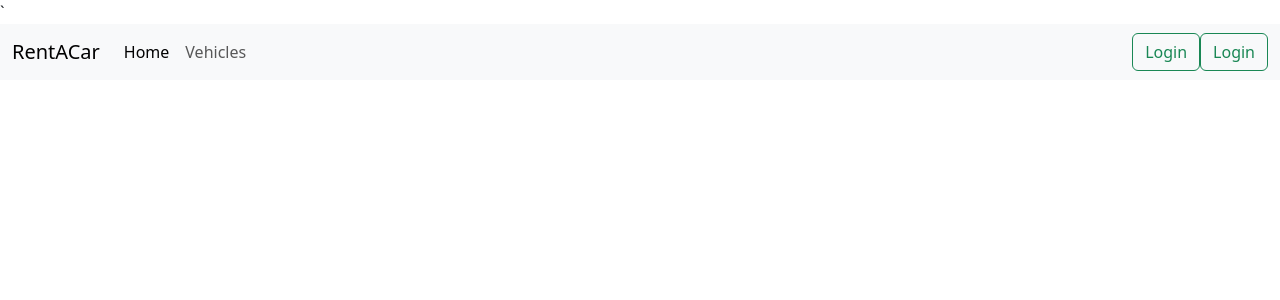
Repository: VimashaVishvani/VehicleRental
Page: http://localhost/Vehicle_rentalDb/
An editor plug-in stored every save of this project. The page is shown before and after the next save, followed by the edit.
The browser window is 1280 px wide. The pictures show the whole page.
The page is served by Tomcat 9. Other server files are loaded and not shown.

Above is the page before, as saved 2024-05-04 18:51:54.

### Vehicle_rentalDb/src/main/webapp/index.jsp
<%@ page language="java" contentType="text/html; charset=ISO-8859-1"
    pageEncoding="ISO-8859-1"%>
<!DOCTYPE html>
<html>
<head>
  <link href="https://cdn.jsdelivr.net/npm/bootstrap@5.3.3/dist/css/bootstrap.min.css" rel="stylesheet" integrity="sha384-QWTKZyjpPEjISv5WaRU9OFeRpok6YctnYmDr5pNlyT2bRjXh0JMhjY6hW+ALEwIH" crossorigin="anonymous">
` <script src="https://cdn.jsdelivr.net/npm/bootstrap@5.3.3/dist/js/bootstrap.bundle.min.js" integrity="sha384-YvpcrYf0tY3lHB60NNkmXc5s9fDVZLESaAA55NDzOxhy9GkcIdslK1eN7N6jIeHz" crossorigin="anonymous"></script>
<meta charset="ISO-8859-1">
<title>Insert title</title>
</head>
<body  style="padding-top:0;">

<nav class="navbar navbar-expand-lg bg-body-tertiary" style="margine-top:-5%;">
  <div class="container-fluid">
    <a class="navbar-brand" href="#">RentACar</a>
    <button class="navbar-toggler" type="button" data-bs-toggle="collapse" data-bs-target="#navbarSupportedContent" aria-controls="navbarSupportedContent" aria-expanded="false" aria-label="Toggle navigation">
      <span class="navbar-toggler-icon"></span>
    </button>
    <div class="collapse navbar-collapse" id="navbarSupportedContent">
      <ul class="navbar-nav me-auto mb-2 mb-lg-0">
        <li class="nav-item">
          <a class="nav-link active" aria-current="page" href="#">Home</a>
        </li>
        <li class="nav-item">
          <a class="nav-link" href="#">Vehicles</a>
        </li>

      </ul>

      <button class="btn btn-outline-success" type="submit">Login</button>
        <button class="btn btn-outline-success" type="submit">Login</button>
    </div>
  </div>
</nav>

</body>
</html>

After the next save:
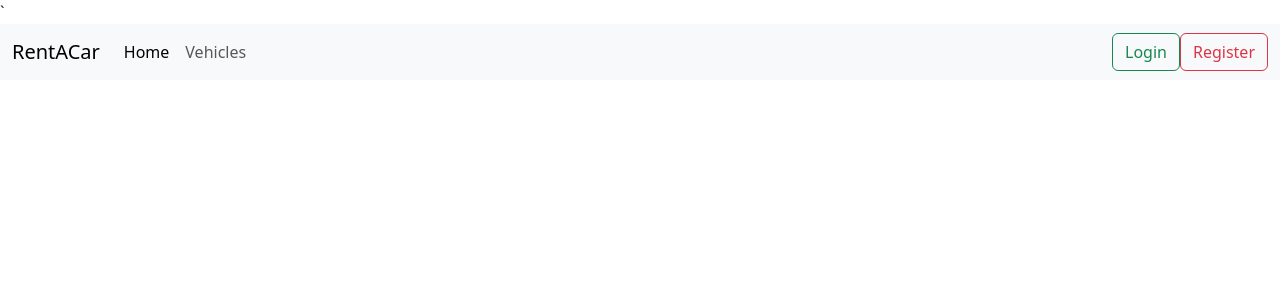
Saved 34 s later.
--- a/Vehicle_rentalDb/src/main/webapp/index.jsp
+++ b/Vehicle_rentalDb/src/main/webapp/index.jsp
@@ -28,7 +28,7 @@
       </ul>
 
       <button class="btn btn-outline-success" type="submit">Login</button>
-        <button class="btn btn-outline-success" type="submit">Login</button>
+        <button class="btn btn-outline-danger" type="submit">Register</button>
     </div>
   </div>
 </nav>
